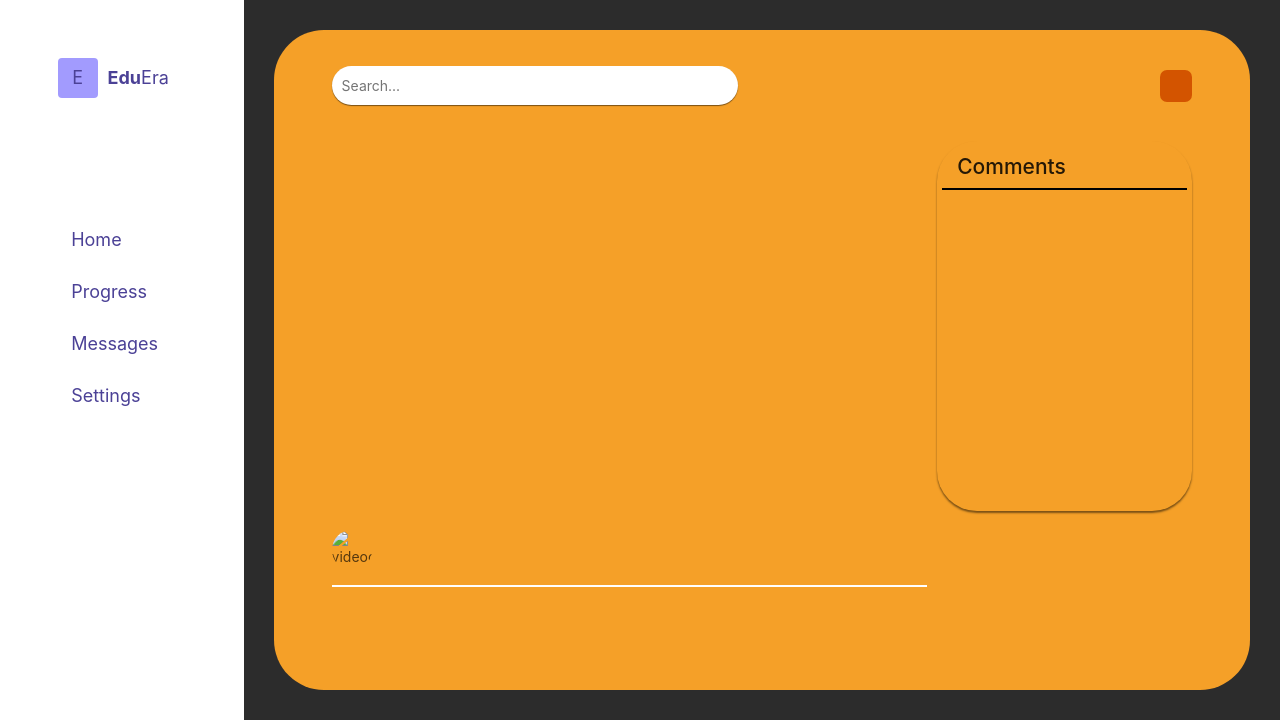
Repository: huynhnt1406/coursestorage
Page: /videodetail/1 (app in coursestorage/)
The author's editor kept a copy of each file at every save. The page is drawn from the files as they stood at one save, then again after the next save.
The browser window is 1280 px wide. The pictures show the whole page.
The page's requests for data from a server got no answer. The project was rebuilt for these pictures with package versions that can differ from the ones it lists, and the page was loaded fresh each time. No one was signed in, and anything a server would have sent is missing. Also part of the build but not shown: coursestorage/src/components/ListItems.vue, coursestorage/src/components/VideoList.vue, coursestorage/src/smallcomponents/Messages.vue, coursestorage/src/smallcomponents/Progress.vue, coursestorage/src/smallcomponents/Settings.vue.

Above is the page before, as saved 2021-05-02 01:19:23.

### coursestorage/src/main.js
import Vue from 'vue'
import App from './App.vue'
import 'ant-design-vue/dist/antd.css'
import Antd from 'ant-design-vue';
import router from './router/index';
import store from './stores/index'
Vue.config.productionTip = false
Vue.use(Antd);
new Vue({
  router,
  store,
  render: h => h(App),
}).$mount('#app')

### coursestorage/src/App.vue
<template>
  <div class="container">
    <div class="sidebar">
      <Sidebar/>
    </div>
    <div class="main">
      <SearchBar/>
      <router-view/>
    </div>
  </div>
</template>

<script>
import Sidebar from './components/Sidebar'
import SearchBar from './components/SearchBar'
export default {
  components:{
    Sidebar,
    SearchBar,
  }
}
</script>

<style>
*{
  margin:0
}
.container{
  background-color:#2C2C2C;
  min-height: 100vh;
  display: flex;
}
.main{
  flex:0.8;
  background-color:#F5A028;
  margin:30px;
  border-radius: 50px;
}
</style>

### coursestorage/src/router/index.js
import Vue from 'vue'
import VueRouter from 'vue-router'
import VideoList from '../components/VideoList'
import Messages from '../smallcomponents/Messages'
import Progress from '../smallcomponents/Progress'
import Settings from '../smallcomponents/Settings'
import VideoDetail from '../smallcomponents/VideoDetail'
Vue.use(VueRouter)
const routes = [
    {
        path:'/',
        name:'VideoList',
        component:VideoList
    },
    {
        path:'/progress',
        name:'Progress',
        component:Progress
    },
    {
        path:'/messages',
        name:'Messages',
        component:Messages
    },
    {
        path:'/settings',
        name:'Settings',
        component:Settings
    },
    {
        path:'/videodetail/:id',
        name:'VideoDetail',
        component:VideoDetail,
        props:true
    }
]
export default new VueRouter({
    routes,
    mode:'history'
})

### coursestorage/src/stores/index.js
import Vue from 'vue'
import Vuex from 'vuex'
import videolists from './modules/videolists'
Vue.use(Vuex)

export default new Vuex.Store({
    modules:{
        videolists
    }
})

### coursestorage/src/components/Sidebar.vue
<template>
  <div class="sidebar">
      <div class="sidebar-header">
          <a-avatar shape="square" size="large" style="backgroundColor:#a29bfe ; marginRight:10px">E</a-avatar>
          <span><strong>Edu</strong>Era</span>
      </div>
      <div class="sidebar-links">
          <div class="link">
              <a-icon style="color:#a29bfe " type="appstore"/>
              <router-link class="sidebar-link" to="/"><span>Home</span></router-link>
          </div>
           <div class="link">
               <a-icon style="color:#a29bfe " type="bar-chart" />
               <router-link class="sidebar-link" to="/progress"><span>Progress</span></router-link>
          </div>
           <div class="link">
                <a-icon style="color:#a29bfe " type="message" />
                <router-link class="sidebar-link" to="/messages">

                <span>Messages</span></router-link>
          </div>
           <div class="link">
                <a-icon style="color:#a29bfe ; opacity:0.7" type="setting" />
                <router-link class="sidebar-link" to="/settings"><span>Settings</span></router-link>
          </div>
      </div>
  </div>
</template>

<script>
export default {

}
</script>

<style>
.sidebar{
    flex:0.2;
    background-color:white;
}
.sidebar-header{
    display: flex;
    align-items: center;
    padding:8vh 0 8vh 8vh
}
.sidebar-header span{
    color:#4b4196;
    font-size: large;
}
.sidebar-links{
    padding:8.5vh;
}
.link{
    display: flex;
    margin-bottom:5px;
    align-items: center;
    padding:10px 0 10px 0;
    color:#4b4196;
}
.sidebar-link{
    color:#4b4196;
    font-size: 18px;
}
.sidebar-link:focus{
    color:#d35400;
}
.link span{
    margin-left:10px;
}
.link:hover{
    color:#d35400;
    cursor: pointer;
}
</style>

### coursestorage/src/components/SearchBar.vue
<template>
  <div class="searchbar">
    <div class="search-tool">
        <a-icon type="search"  />
        <input type="text" placeholder="Search..." >
    </div>
    <div class="icons">
        <a-avatar shape="square" icon="user" type="user" style="color:black ;backgroundColor:transparent; border-radius:7px "  />
        <a-avatar shape="square" style="backgroundColor:#d35400 ;border-radius:7px " icon="fire" />
    </div>
  </div>
</template>

<script>
export default {

}
</script>

<style>
.searchbar{
    padding:5vh 8vh 5vh 8vh;
    display: flex;
    justify-content: space-between;
    align-items: center;
    flex:1;
}
.search-tool {
    background-color: white;
    box-shadow: 0 1px 1px rgba(0,0,0,.5);
    padding:8px;
    flex:0.5;
    border-radius: 20px;
}
.search-tool input{
    width: 50%;
    background-color: transparent;
    border:none;
    outline:none;
}
</style>

### coursestorage/src/smallcomponents/VideoDetail.vue
<template>
    <div class="video-detail">
        <div class="video-actions">
            <div class="video-left">
                <iframe height="370px" width="100%" :src="videodata.videoLink" frameborder="0"></iframe>
                <div class="video-stats">
                    <div class="stats-left">
                        <img :src="videodata.avatarUrl" alt="videodata.name">
                        <span>{{videodata.channelName}}</span>
                    </div>
                    <div class="stats-rights">
                        <div class="button">
                            <a-icon style="margin-right:5px ; color:white; font-weight:bold" type="like" />
                            <span>{{videodata.numLike}}</span>
                        </div>
                        <div class="button">
                            <a-icon style="margin-right:5px ; color:white; font-weight:bold" type="dislike" />
                            <span>{{videodata.numDislike}}</span>
                        </div>
                        <div style="margin-right:5px ; color:white; font-weight:bold" class="button">
                            <a-icon type="share-alt" />
                        </div>
                    </div>
                </div>
            </div>
            <div class="video-right">
                <h2>Comments</h2>
            </div>
        </div>
        <div class="video-subtitle">
            <h3>{{videodata.name}}</h3>
        </div>
    </div>
</template>

<script>
import axios from 'axios'
export default {
    props:{
        id:Number
    },
    data(){
        return{
            videodata:{
                id:'',
                name:'',
                numLike:'',
                numDislike:'',
                avatarUrl:'',
                videoLink:'',
                channelName:''
            }
        }
    },
    created(){
        axios.get(`http://localhost:3000/videolists/${this.id}`)
            .then(res => this.videodata = res.data)
    }
}
</script>

<style>
.video-actions{
    display: flex;
}
.video-left{
    flex:0.7;
}
.video-detail{
    margin-left: 8vh;
    margin-right: 8vh;
}
.stats-left img{
    height: 40px;
    width: 40px;
    border-radius: 50%;
}
.stats-left{
    display: flex;
    align-items: center;
}
.stats-rights{
    display: flex;
    align-items: center;
}
.video-stats{
    display: flex;
    justify-content: space-between;
    align-items: center;
    padding-top:2vh;
    padding-bottom: 2vh;
    border-bottom: 2px solid white;
}
.button{
    margin-left:3vh;
}
.video-left iframe {
    border-radius: 40px;
}
.stats-left span{
    font-weight: 700;
    color:white;
    font-size: 16px;
    margin-left:10px;
}
.button span{
    font-weight: 500;
    color:white;
    font-size: 15px;

}
.video-subtitle h3{
    margin-top: 2vh;
    color:white;
}
.video-right{
    height: 370px;
    flex:0.3;
    margin-left:10px;
    border-radius: 40px;
    box-shadow: 0 2px 2px rgba(0,0,0,.5);
}
.video-right h2{
    padding:5px 15px 5px 15px;
    border-bottom: 2px solid black;
    margin:5px;
}
</style>

### coursestorage/src/stores/modules/videolists.js
const state = {
    videolists:[
        {
            id:1,
            name:"Laravel 8 REST API With Sanctum Authentication",
            minutes:'54:14',
            avatarUrl:'https://yt3.ggpht.com/ytc/AAUvwng963DN2_MIbKuvMWRrN4KG920h3Y4YHg6KET9vZg=s176-c-k-c0x00ffffff-no-rj',
            thumnailUrl:'https://i.ytimg.com/vi/MT-GJQIY3EU/maxresdefault.jpg',
            channelName:'Traversy Media',
        },
        {
            id:2,
            name:"Node.js and Express.js - Full Course",
            minutes:'8:16:47',
            avatarUrl:'https://yt3.ggpht.com/ytc/AAUvwnifaQZvAunS0OFb2y_cieoVjLCVjqQW8Exf3BC1gg=s176-c-k-c0x00ffffff-no-rj',
            thumnailUrl:'https://i.ytimg.com/vi/Oe421EPjeBE/maxresdefault.jpg',
            channelName:'freeCodeCamp.org',
        },
        {
            id:3,
            name:"React JS - React Tutorial for Beginners",
            minutes:'2:25:26',
            avatarUrl:'https://yt3.ggpht.com/ytc/AAUvwnj82Lirw0dg6V5pJWAcWdG22OESyldUcDwAFEqQWg=s176-c-k-c0x00ffffff-no-rj',
            thumnailUrl:'https://i.ytimg.com/vi/Ke90Tje7VS0/maxresdefault.jpg',
            channelName:'Programming with Mosh',
        },
        {
            id:4,
            name:"Vuex Crash Course | State Management",
            minutes:'1:01:18',
            avatarUrl:'https://yt3.ggpht.com/ytc/AAUvwng963DN2_MIbKuvMWRrN4KG920h3Y4YHg6KET9vZg=s176-c-k-c0x00ffffff-no-rj',
            thumnailUrl:'https://i.ytimg.com/vi/5lVQgZzLMHc/maxresdefault.jpg',
            channelName:'Travesy Media',
        }
    ]
}
const getters = {
    allVideos: (state) => state.videolists
}
const actions = {}
const mutations = {}
export default {
    state, getters,actions,mutations
}

Loaded but not shown: coursestorage/public/index.html (common file)

After the next save:
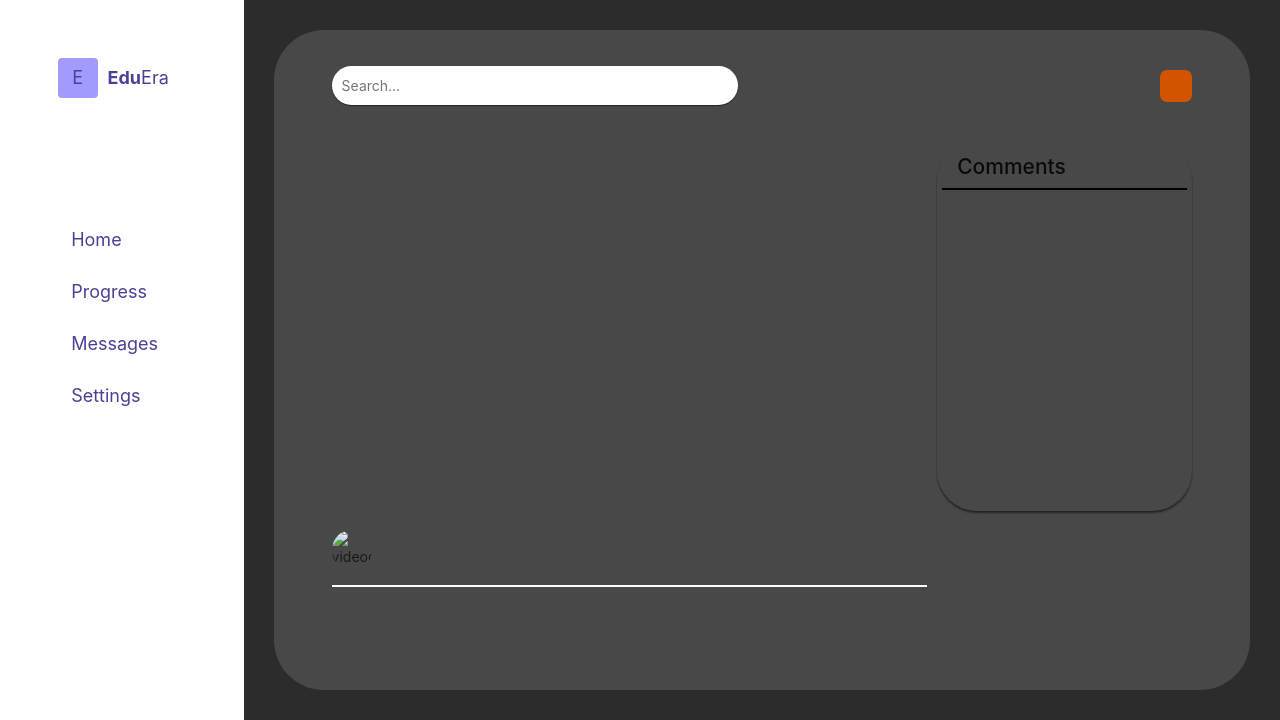
Saved 34 s later.
--- a/coursestorage/src/App.vue
+++ b/coursestorage/src/App.vue
@@ -32,7 +32,7 @@ export default {
 }
 .main{
   flex:0.8;
-  background-color:#F5A028;
+  background-color:#484848;
   margin:30px;
   border-radius: 50px;
 }
